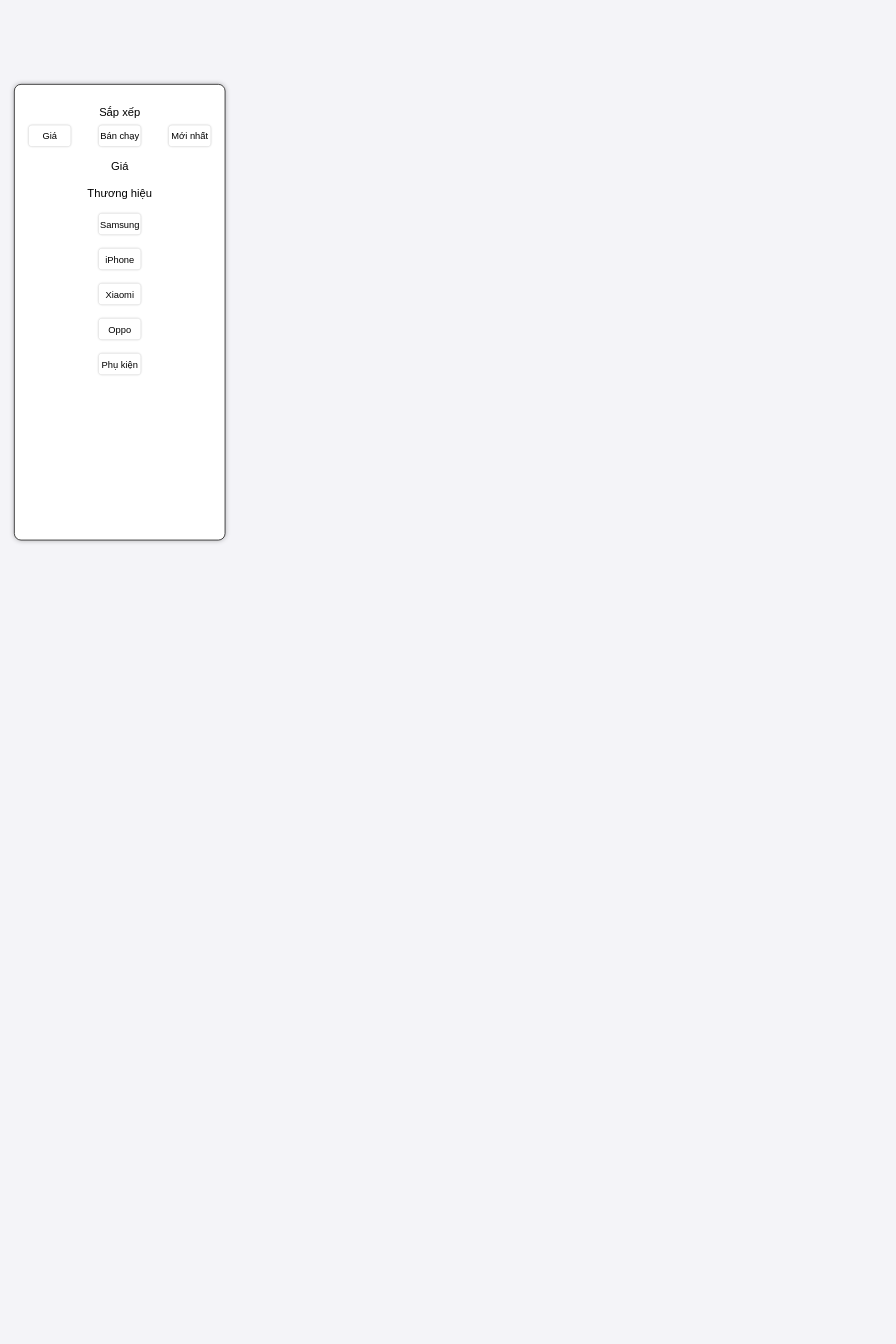
Repository: TrungSonQNIT2k4/ZENTECH
Page: showsp.html
The author's editor kept a copy of each file at every save. The page is drawn from the files as they stood at one save, then again after a run of saves.
The browser window is 1280 px wide. The pictures show the whole page, at 70% of full size.
Some web fonts or font styles are not loaded; a fallback is used.

Above is the page before, as saved 2024-11-22 21:40:38.

### showsp.html
<!DOCTYPE html>
<html lang="en">

<head>
    <meta charset="UTF-8">
    <meta name="viewport" content="width=device-width, initial-scale=1.0">
    <title>ZENTECH</title>
    <link rel="stylesheet" href="style.css">
    <link rel="icon" type="image/png" href="/Data/Image/ICONLOGOZ.png" />
    <link href="https://fonts.googleapis.com/css2?family=Francois+One&display=swap" rel="stylesheet">
</head>
<body>
    <div class="container">
        <div class="menu_choose">
            <div class="Sort">
                <p>Sắp xếp</p>
                <div class="tools">
                    <button>Giá</button>
                    <button>Bán chạy</button>
                    <button>Mới nhất</button>
                </div>
            </div>
            <div class="Price_choose">
                <p>Giá</p>
                <div></div>
            </div>
            <div class="Brand_choose">
                <p>Thương hiệu</p>
                <div class="Brand_tools">
                    <button>Samsung</button>
                    <button>iPhone</button>
                    <button>Xiaomi</button>
                    <button>Oppo</button>
                    <button>Phụ kiện</button>
                </div>
            </div>
        </div>
        <div class="Show_item">

        </div>
    </div>
</body>
</html>

### style.css
*{
    padding: 0;
    margin: 0;
    font-family: 'Francois One', sans-serif;
}
body{
  background-color: #F4F4F8;
}
p{
  color: black;
}
a{
    text-decoration: none;
}
li{
    list-style-type: none;
}
.header{
    display: flex;
    position: fixed;
    background-color: #F4F4F8;
    height: 100px;
    top: 0;
    left: 0;
    width: 100%;
    z-index: 1000;
    box-shadow: 0 6px 10px rgba(0, 0, 0, 0.15);
}
.header_inner{
  width: 100%;
  background-color: #F4F4F8;
  display: flex;
  margin: 10px;
  margin: 10px;
  justify-content: space-between;
  align-items: center;
  position: relative;
}
.header_logo{
  margin-top: 15px;
  padding: 5px;
  height: 120px;
  width: 200px;
  transition: all 0.6s;
}
.header_logo:hover{
  transform: scale(1.05);
}
.globalnav-list{
  display: flex;
  align-items: center;
  font-size: 25px;
  font-family: 'Francois One', sans-serif;
  white-space: nowrap;
}
.globalnav-list-content{
  margin-left: 30px;
  margin-right: 30px;
  transition: all 0.1s;
}
.globalnav-list-content:hover{
  color: red;
}
.menu_item{
  margin: 0 1rem;
}
.menu_item:hover .menu_child{
  opacity: 1;
  visibility: visible;
}
.menu_child{
  background-color: whitesmoke;
  display: flex;
  position: absolute;
  top: 120%;
  left: 0;
  width: 97%;
  padding: 20px;
  border-radius: 20px;
  opacity: 0;
  visibility: hidden;
  justify-content: space-around;
  transition: opacity 0.25s ease, visibility 0.25s ease;
  box-shadow: 0 0 8px rgba(0, 0, 0, 0.15);
}
.menu_child-list p{
  transition: 0.1s;
}
.menu_child-list p:hover{
  color: red;
}
.globalnav-tool{
  display: flex;
  align-items: center;
  white-space: nowrap;
}
.globalnav-tool-content{
  margin-left: 30px;
  margin-right: 30px;
  transition:all 0.5s;
}
.globalnav-tool-content:hover{
  transform: scale(1.1);
}
.icon{
    height: 30px;
    width: 30px;
    margin-top: 5px;
    margin-right: 5px;
}
.container{
    margin-top: 120px;
    margin-bottom: 350px;
    min-height: 1300px;
    background-color: #F4F4F8;
    margin-bottom: 500px;
}
.slogan p{
  font-size: 20px;
  margin: 10px;
  text-align: center;
  color: red;
}
.banner{
  display: flex;
  justify-content: center;
  min-height: 450px;
  width: 1300px;
  margin-right: 30px;
  margin-left: 30px;
  white-space: nowrap;
}
.banner ul{
  padding: 0;
  margin: 0;
  list-style-type: none;
}
.banner-content img{
  border-radius: 10px;
  height: 450px;
  width: 1200px;
}
.smartphone{
  margin-left: 30px;
  margin-right: 30px;
  height: 60px;
  white-space: nowrap;
}
.smartphone ul {
  justify-content: space-around;
  display: flex;
  padding: 0;
  margin-bottom: 20px;
  list-style-type: none;
}

.smartphone li {
  display: flex;
}
.smartphone-content{
  margin: 10px;
  border-radius: 10px;
  border: none;
  background-color: rgba(255, 0, 0, 0);
}
.smartphone-content img{
  border-radius: 10%;
  height: 250px;
  width: 250px;
  box-shadow: 4px 4px 8px rgba(0, 0, 0, 0.3);
  transition: all 0.6s;
}
.smartphone-content img:hover{
  transform: scale(1.05);
  box-shadow: 6px 6px 12px rgba(0, 0, 0, 0.5);
}
.header-item{
  margin-left: 30px;
  margin-right: 30px;
  display: flex;
  justify-content: space-between;
}
.header-topic button{
  height: 30px;
  width: 300px;
  background-color: #D2B48C;
  border: none;
  border-radius: 5px;
}
.header-topic h3{
  transition: all 0.3s;
}
.header-topic h3:hover{
  color: white;
}
.other-link button{
  height: 30px;
  width: 80px;
  margin-left: 5px;
  margin-right: 5px;
  border-radius: 10px;
  transition: all 0.4s;
}
.other-link button:hover{
  transform: scale(1.05);
}
.other-link p:hover{
  color: red;
}
.smartphone-items{
  margin-left: 30px;
  margin-right: 30px;
  display: flex;
}

.smartphone-item button{
  height: 300px;
  width: 240px;
  border-radius: 10px;
  border: none;
  background-color: white;
  box-shadow: 4px 4px 8px rgba(0, 0, 0, 0.3);
  transition: all 0.6s;
}
.smartphone-item button:hover{
  transform: scale(1.05);
}
.smartphone-item img{
  height: 190px;
  width: 180px;
  margin-bottom: 10px;
}
.smartphone-item p{
  font-size: 20px;
  font-weight: 100;
}
.price{
  color: red;
}
::-webkit-scrollbar {
  width: 12px;
  height: 12px;
}

/* Phần thanh kéo */
::-webkit-scrollbar-thumb {
  background-color: #888;
  border-radius: 10px;
  border: 3px solid #f1f1f1;
}

/* Phần đường ray */
::-webkit-scrollbar-track {
  background-color: #f1f1f1;
  border-radius: 10px;
}

/* Phần thanh cuộn khi hover */
::-webkit-scrollbar-thumb:hover {
  background-color: #555;
}
.footer{
    background-color: #F4F4F8;
    min-height: 50px;
    padding: 30px;
    bottom:0;
    margin-right: 30px;
    margin-left: 30px;
    border-radius: 10px;
    box-shadow: 0 -1px 10px rgba(0, 0, 0, 0.15);
}
.footer-menu{
  display: flex;
  justify-content: space-between;
}
.footer-menu-list p{
  transition: all 0.1s;
}
.footer-menu-list p:hover{
  color: red;
}
.footer-tool{
  margin-top: 20px;
  display: flex;
  justify-content: space-around;
}
.footer-tool-list  img{
  height: 90px;
  width: 180px;
}
.footer-menu-contact{
  display: flex;
  justify-content: center;
}
.footer-menu-contact img{
  margin-right: 10px;
  height: 50px;
  width: 50px;
  border-radius: 100%;
  transition: all 0.5s;
}
.footer-menu-contact img:hover{
  transform: scale(1.05);
}
.footer-tool-bank{
  display: flex;
  justify-content: center;
}
.footer-tool-bank img{
  margin-right: 10px;
  height: 50px;
  width: 50px;
  border-radius: 100%;
  transition: all 0.5s;
}
.footer-tool-bank img:hover{
  transform: scale(1.05);
}
.copyright{
  font-size: 12px;
  display: flex;
  justify-content: center;
}
/* showsp_html */
.menu_choose{
  margin: 20px;
  margin-top: 50px;
  border: 1px solid;
  border-radius: 10px;
  width: 300px;
  height: 650px;
  box-shadow: 0px 0px 8px rgba(0, 0, 0, 0.3);
  background-color: white;
}
.menu_choose p{
  display: flex;
  justify-content: center;
}
.Sort{
  margin-top: 30px;
}
.tools{
  margin-top: 10px;
  display: flex;
  justify-content: space-around;
}
.tools button{
  height: 30px;
  width: 60px;
  border-radius: 5px;
  border: none;
  transition: 0.8s;
  box-shadow: 0px 0px 3px rgba(0, 0, 0, 0.3);
  background-color: white;
}
.tools button:hover{
  transform: scale(1.1);
  color: red;
}
.Price_choose{
  margin-top: 20px;
}
.Brand_choose{
  margin-top: 20px;
}
.Brand_tools{
  margin: 10px;
  display: grid;
  justify-content: center;
}
.Brand_tools button{
  background-color: white;
  margin: 10px;
  height: 30px;
  width: 60px;
  border-radius: 5px;
  border: none;
  transition: 0.8s;
  box-shadow: 0px 0px 3px rgba(0, 0, 0, 0.3);
}
.Brand_tools button:hover{
  transform: scale(1.1);
  color: red;
}
.Show_item{
  width: 100% - 350px;
  borr
}

After the next 2 saves:
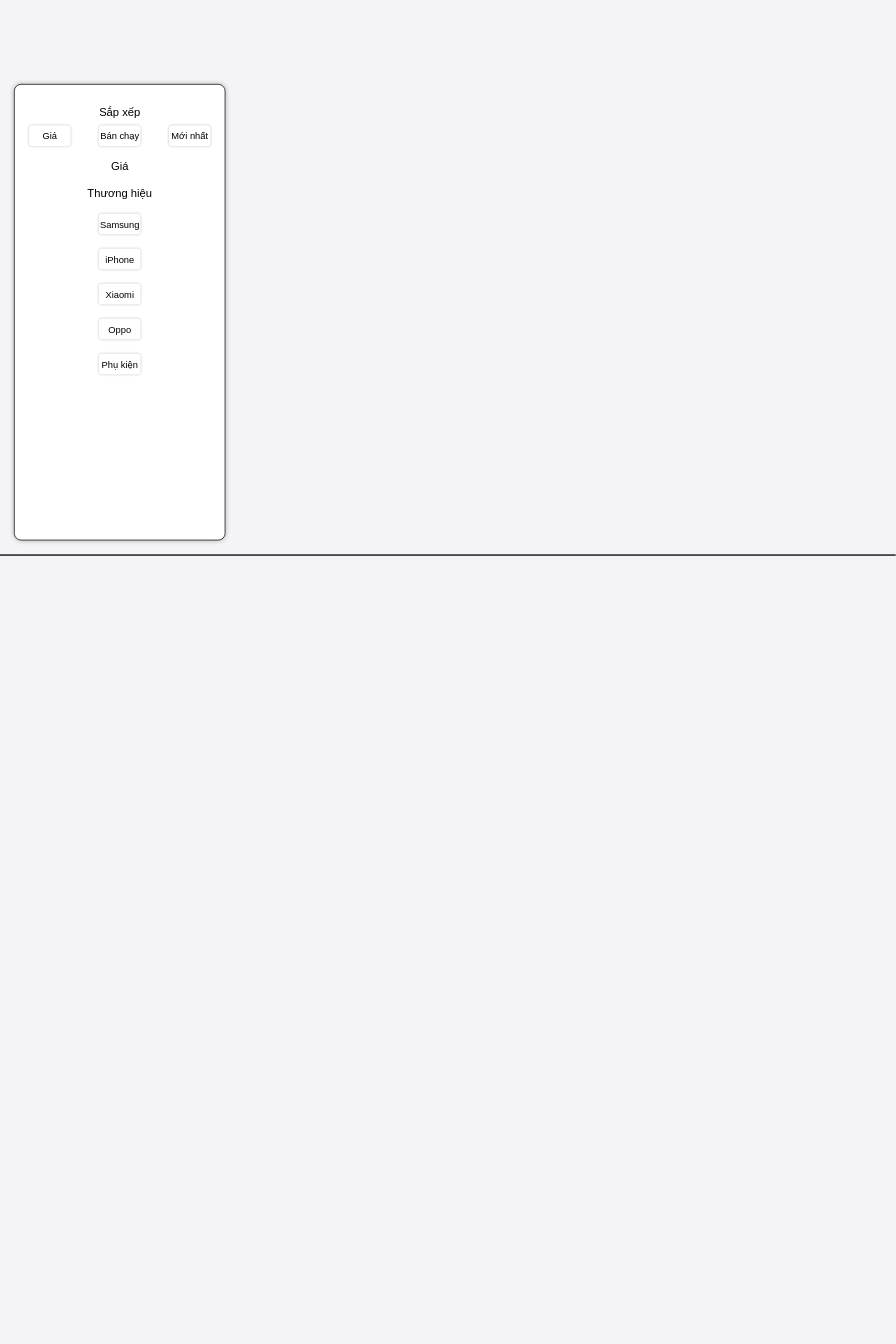
The 2 saves are shown as one change because they came seconds apart.
The last was saved 6 s later.
--- a/style.css
+++ b/style.css
@@ -384,5 +384,5 @@
 }
 .Show_item{
   width: 100% - 350px;
-  borr
-}
+  border: 1px solid;
+}
